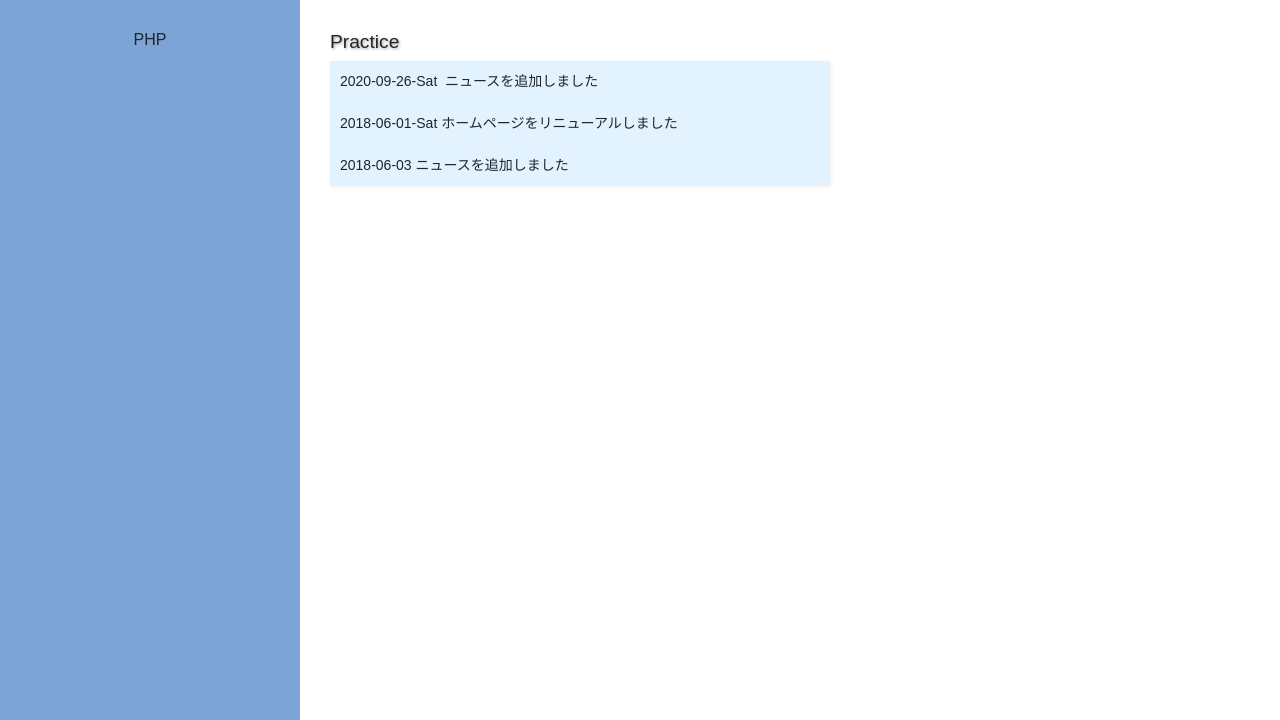
Repository: takeco/practice
Page: http://localhost/php/sample14.php
An editor plug-in stored every save of this project. The page is shown before and after a run of saves, followed by the edit.
The browser window is 1280 px wide. The pictures show the whole page.
The page is run by PHP 8.4 with error messages shown; the project is at /var/www/html/.

Above is the page before, as saved 2020-09-26 09:17:46.

### php/sample14.php
<!doctype html>
<html lang="ja">
<head>
<!-- Required meta tags -->
<meta charset="utf-8">
<meta name="viewport" content="width=device-width, initial-scale=1, shrink-to-fit=no">

<!-- Bootstrap CSS -->
<link rel="stylesheet" href="css/style.css">

<title>PHP</title>
</head>
<body>
<header>
<h1 class="font-weight-normal">PHP</h1>
</header>

<main>
<h2>Practice</h2>
<pre>
<?php
$news = file_get_contents('../news_data/news.txt');
$news .= "2018-06-03 ニュースを追加しました";
file_put_contents('../news_data/news.txt', $news);

print($news);

?>
</pre>
</main>
</body>
</html>

### news_data/news.txt
2020-09-26-Sat  ニュースを追加しました

2018-06-01-Sat ホームページをリニューアルしました

### php/css/style.css
@import url(bootstrap.min.css);

body,
pre {
  font-family: "游ゴシック Medium", "游ゴシック体", "Yu Gothic Medium", YuGothic, sans-serif;
}
header {
  text-align: center;
  position: fixed;
  top: 0;
  left: 0;
  width: 300px;
  height: 100vh;
  background-color: #7CA4D7
}
header h1 {
  font-size: 100%;
  margin-top: 30px;
}
header h1 span {
  display: block;
}
main {
  margin-left: 300px;
  padding: 30px;
}
main h2 {
  font-size: 120%;
  text-shadow: 1px 1px 3px #999;
}
main h2 img {
  height: 1em;
}
pre {
  min-height: 100px;
  padding: 10px;
  background-color: #e3f2ff;
  box-shadow: 1px 1px 5px #eee;
  width: 500px;
}
hr {
  border-color: #7CA4D7;
}
.content {
  margin-top: 30px;
}
form {
  margin-top: 50px;
}
time {
  color: #999;
  font-size: 80%;
}
article {
  margin-top: 30px;
}

/* .row-indication{
  font-size: 30px;
  display: flex;
  flex-direction: row;
} */

Loaded but not shown: php/css/bootstrap.min.css (library)

After the next 3 saves:
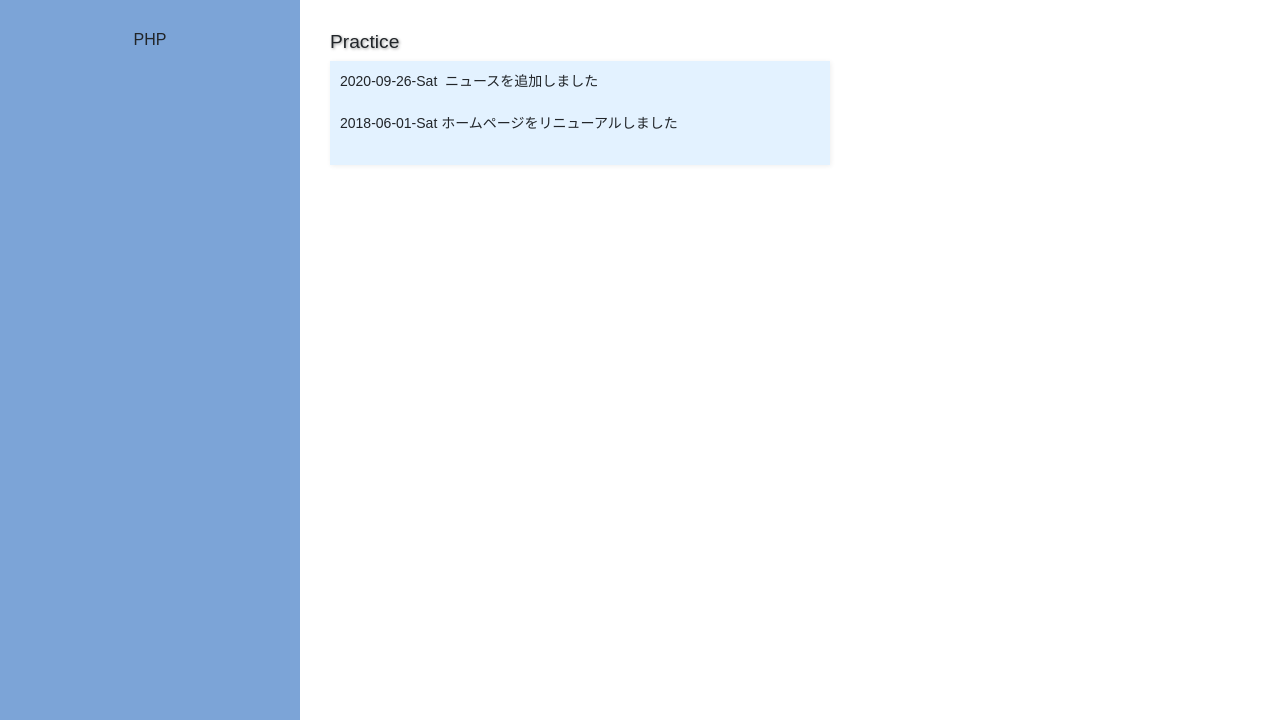
The 3 saves are shown as one change because they came seconds apart.
The last was saved 117 s later.
--- a/php/sample14.php
+++ b/php/sample14.php
@@ -20,8 +20,8 @@
 <pre>
 <?php
 $news = file_get_contents('../news_data/news.txt');
-$news .= "2018-06-03 ニュースを追加しました";
-file_put_contents('../news_data/news.txt', $news);
+// $news .= "2018-06-03 ニュースを追加しました";
+// file_put_contents('../news_data/news.txt', $news);
 
 print($news);
 
